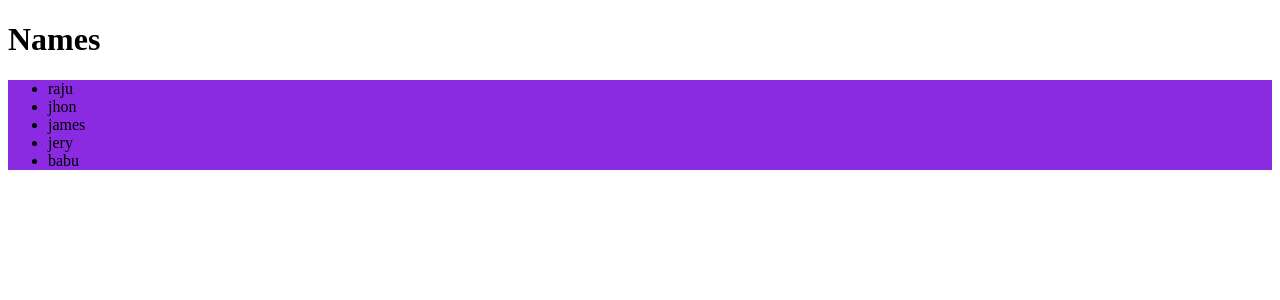
Repository: Ashwin1510/php_projectgh
Page: http://localhost/names.php
An editor plug-in stored every save of this project. The page is shown before and after the next save, followed by the edit.
The browser window is 1280 px wide. The pictures show the whole page.
The page is run by PHP 8.4 with error messages shown; the project is at /var/www/html/.

Above is the page before, as saved 2022-12-14 12:47:43.

After the next save:
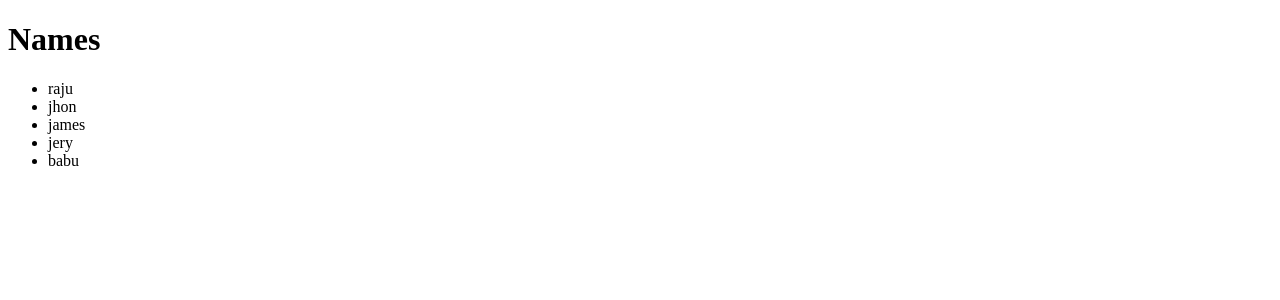
Saved 2 min 34 s later.
--- a/names.php
+++ b/names.php
@@ -16,7 +16,7 @@ $names=['raju','jhon', 'james','jery','babu'];
             color: white;
         }
         .more-names{
-            background-color: blueviolet;
+            background-color: or;
         }
     </style>
 </head>
